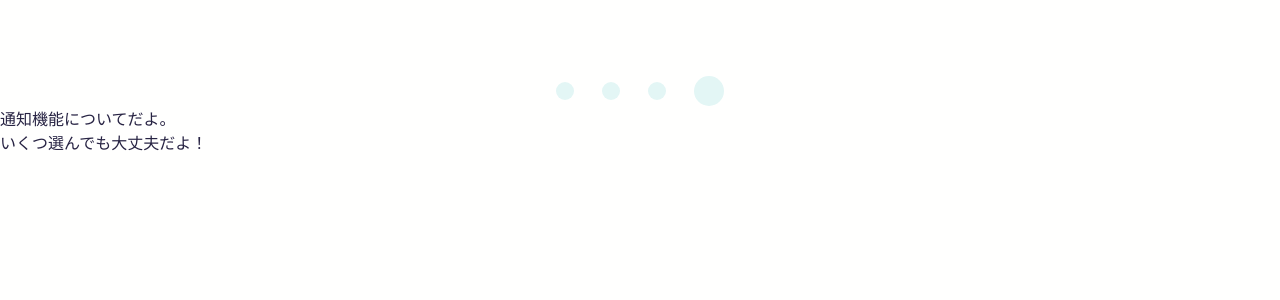
Repository: misaki0919/Self-care
Page: notice.html
These files come from the project's save history. The page is drawn as it stood at one moment and after the next save; the edit follows.
The browser window is 1280 px wide. The pictures show the whole page.
Some web fonts or font styles are not loaded; a fallback is used.

Above is the page before, as saved 2026-07-19 21:38:02.

### notice.html
<!DOCTYPE html>
<html lang="jp">
<head>
    <meta charset="UTF-8">
    <meta name="viewport" content="width=device-width, initial-scale=1.0">
    <title>通知画面</title>
    <link rel="stylesheet" href="css/ress.css">
    <link href="css/notice.css" rel="stylesheet">
    <link rel="preconnect" href="https://fonts.googleapis.com">
    <link rel="preconnect" href="https://fonts.gstatic.com" crossorigin>
    <link href="https://fonts.googleapis.com/css2?family=Archivo+Black&family=Noto+Serif+JP:wght@200..900&family=Zen+Maru+Gothic&display=swap" rel="stylesheet">

</head>
<body>
    <div class="circle_wrap">
        <div class="circle"></div>
        <div class="circle"></div>
        <div class="circle"></div>
        <div class="diffrent_circle"></div>
    </div>
    <p class="function">通知機能についてだよ。</p>
    <p class="choose">いくつ選んでも大丈夫だよ！</p>
</body>
</html>

### css/ress.css
html{-webkit-text-size-adjust:100%;box-sizing:border-box;-moz-tab-size:4;tab-size:4;word-break:normal}*,:after,:before{background-repeat:no-repeat;box-sizing:inherit}:after,:before{text-decoration:inherit;vertical-align:inherit}*{margin:0;padding:0}hr{color:inherit;height:0;overflow:visible}details,main{display:block}summary{display:list-item}small{font-size:80%}[hidden]{display:none}abbr[title]{border-bottom:none;text-decoration:underline;text-decoration:underline dotted}a{background-color:transparent}a:active,a:hover{outline-width:0}code,kbd,pre,samp{font-family:monospace,monospace}pre{font-size:1em}b,strong{font-weight:bolder}sub,sup{font-size:75%;line-height:0;position:relative;vertical-align:baseline}sub{bottom:-.25em}sup{top:-.5em}table{border-color:inherit;text-indent:0}iframe{border-style:none}input{border-radius:0}[type=number]::-webkit-inner-spin-button,[type=number]::-webkit-outer-spin-button{height:auto}[type=search]{-webkit-appearance:textfield;outline-offset:-2px}[type=search]::-webkit-search-decoration{-webkit-appearance:none}textarea{overflow:auto;resize:vertical}button,input,optgroup,select,textarea{font:inherit}optgroup{font-weight:700}button{overflow:visible}button,select{text-transform:none}[role=button],[type=button],[type=reset],[type=submit],button{cursor:pointer}[type=button]::-moz-focus-inner,[type=reset]::-moz-focus-inner,[type=submit]::-moz-focus-inner,button::-moz-focus-inner{border-style:none;padding:0}[type=button]::-moz-focus-inner,[type=reset]::-moz-focus-inner,[type=submit]::-moz-focus-inner,button:-moz-focusring{outline:1px dotted ButtonText}[type=reset],[type=submit],button,html [type=button]{-webkit-appearance:button}button,input,select,textarea{background-color:transparent;border-style:none}a:focus,button:focus,input:focus,select:focus,textarea:focus{outline-width:0}select{-moz-appearance:none;-webkit-appearance:none}select::-ms-expand{display:none}select::-ms-value{color:currentColor}legend{border:0;color:inherit;display:table;max-width:100%;white-space:normal}::-webkit-file-upload-button{-webkit-appearance:button;color:inherit;font:inherit}[disabled]{cursor:default}img{border-style:none}progress{vertical-align:baseline}[aria-busy=true]{cursor:progress}[aria-controls]{cursor:pointer}[aria-disabled=true]{cursor:default}

### css/notice.css
body{
    background-color: #FFFFFE;
    color: #272343;
    /* padding-left: 24px;
    padding-right: 24px; */
}
.zen-maru-gothic-regular {
    font-family: "Zen Maru Gothic", sans-serif;
    font-weight: 600;
    font-style: normal;
}
.circle_wrap{
    display: flex;
    justify-content: center;
    margin-top: 76px;
    gap: 28px;
    align-items: center;
    .diffrent_circle{
        width: 30px;
        height: 30px;
        background-color: #E3F6F5;
        border-radius: 50%;

    }
    .circle{
        width: 18px;
        height: 18px;
        background-color: #E3F6F5;
        border-radius: 50%;
        text-align: center;

    }
}

After the next save:
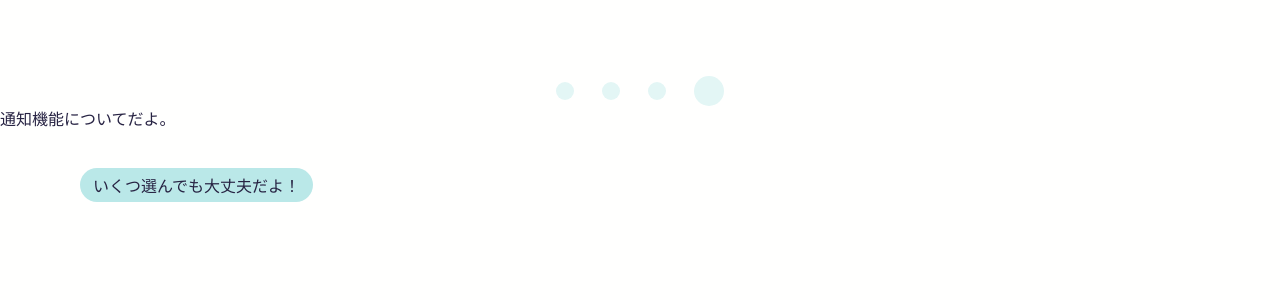
Saved 24 s later.
--- a/css/notice.css
+++ b/css/notice.css
@@ -31,3 +31,19 @@ body{
 
     }
 }
+
+
+
+.choose{
+    font-size: 16px;
+    background-color: #BAE8E8;
+    border-radius: 20px;
+    width: 233px;
+    height: 34px;
+    display: flex;
+    justify-content: center;
+    align-items: center;
+    margin-left: 80px;
+    margin-bottom: 25px;
+    margin-top: 38px;
+}
